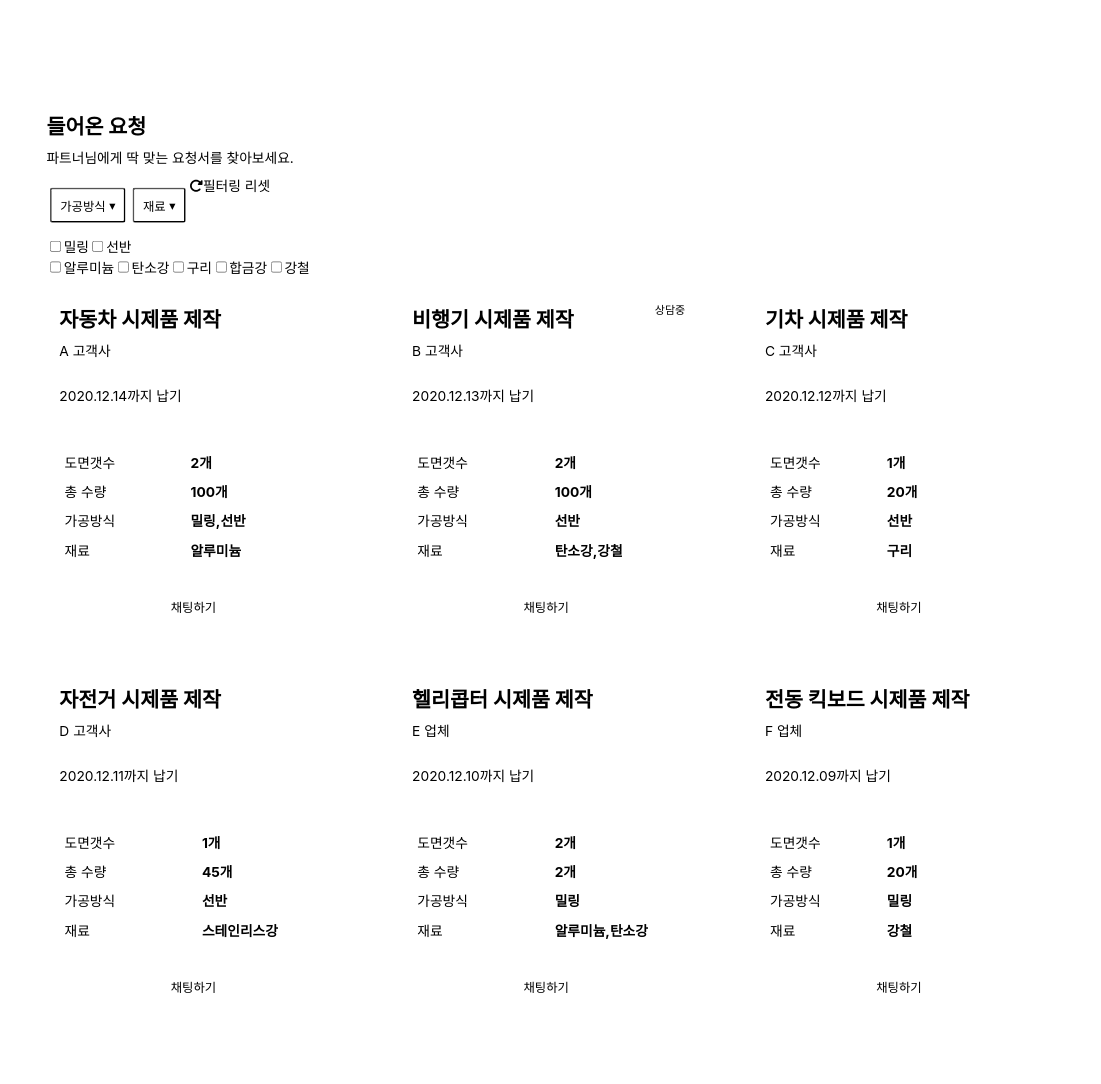
Repository: seoulsaram/capa
Page: /
An editor plug-in stored every save of this project. The page is shown before and after the next save, followed by the edit.
The browser window is 1280 px wide. The pictures show the whole page, at 86% of full size.
The project was rebuilt for these pictures with package versions that can differ from the ones it lists, and the page was loaded fresh each time. Requests to the local data server were answered from the project's data file. Also part of the build but not shown: src/App.css.

Above is the page before, as saved 2021-03-07 01:14:56.

After the next save:
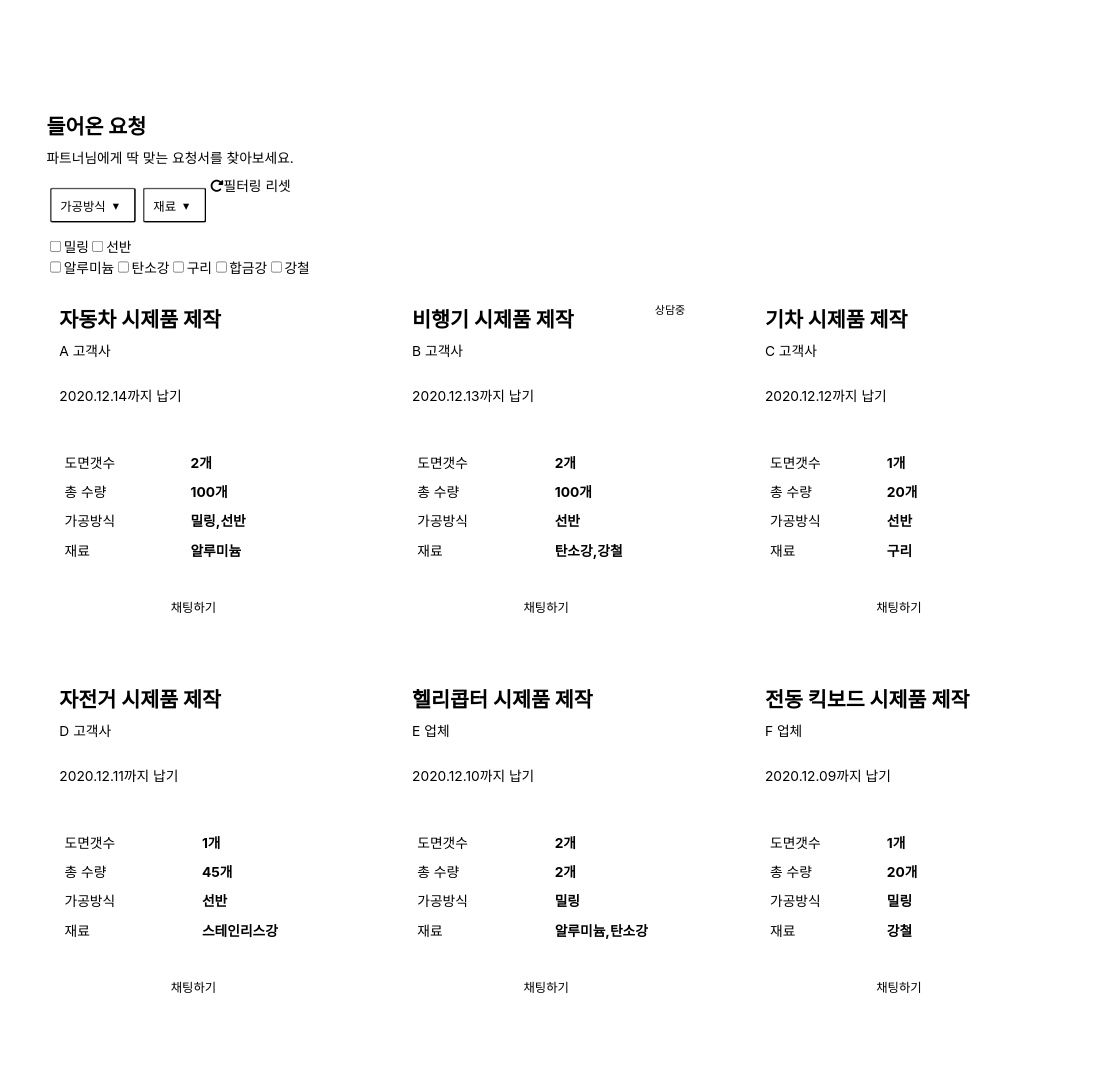
Saved 18 s later.
--- a/src/components/filter/filter.module.css
+++ b/src/components/filter/filter.module.css
@@ -23,6 +23,5 @@
 
 .down {
   color: MakeLightGrey;
-  margin: 0;
-  margin-left: 4px;
+  margin: 0px 8px;
 }
